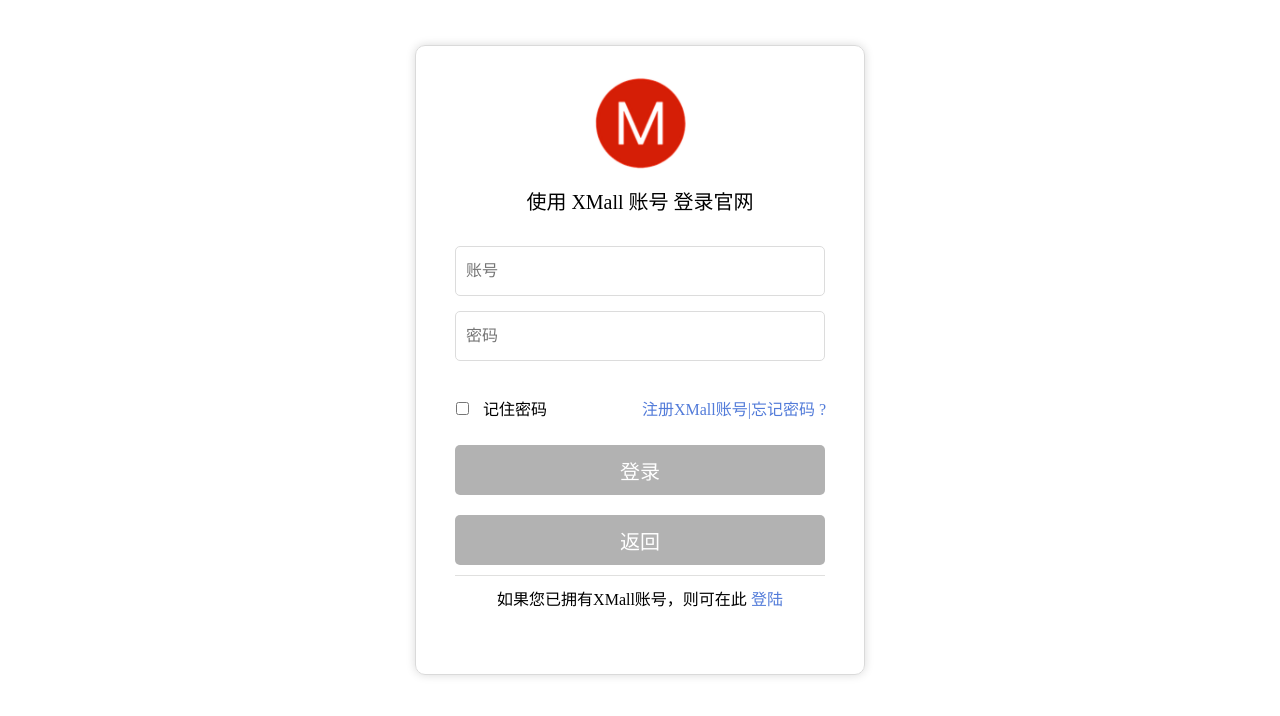
Repository: dingqihui1997/xmall-demo
Page: /signin
These files come from the project's save history. The page is drawn as it stood at one moment and after the next save; the edit follows.
The browser window is 1280 px wide. The pictures show the whole page.
The project was rebuilt for these pictures with package versions that can differ from the ones it lists, and the page was loaded fresh each time. Also part of the build but not shown: vue.config.js, src/views/Home.vue.

Above is the page before, as saved 2021-06-29 17:58:02.

After the next save:
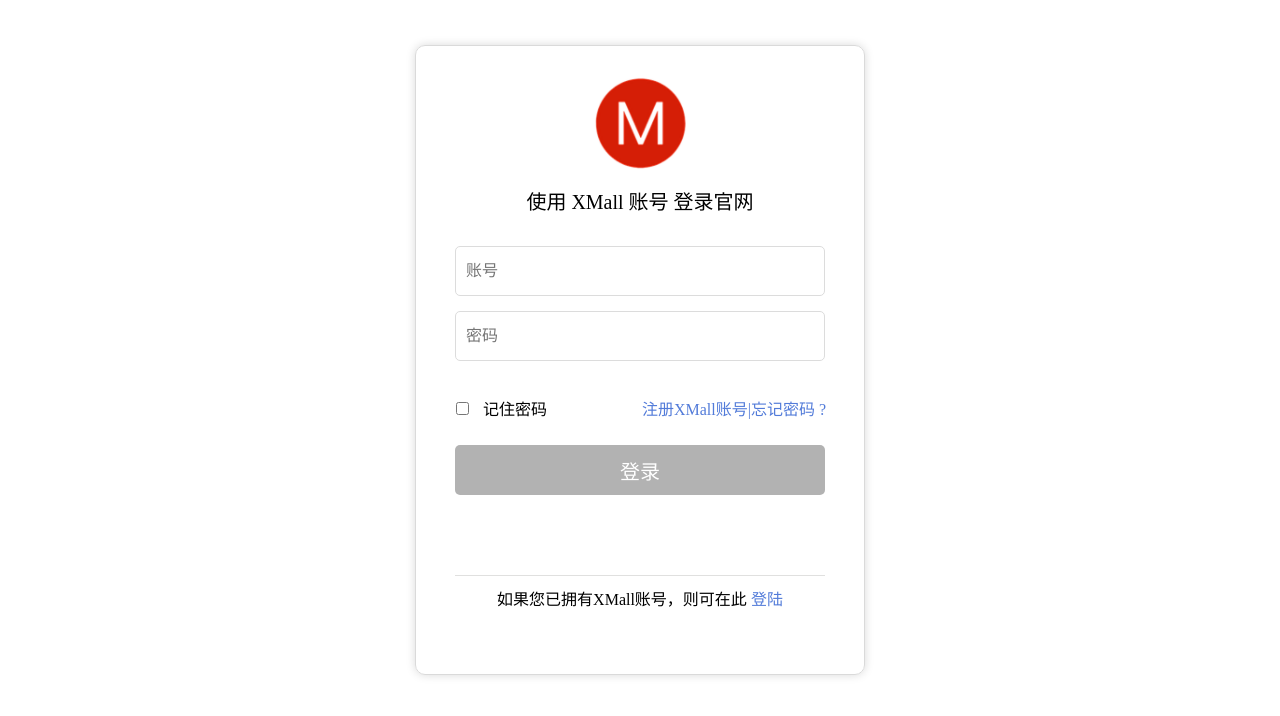
Saved 39 s later.
--- a/src/components/signin/Signin.vue
+++ b/src/components/signin/Signin.vue
@@ -35,15 +35,9 @@
           登录
         </button>
       </div>
-      <div class="flex-ja bott">
+      <div class="flex-ja">
         <!-- 动态绑定属性，最先是true禁用状态 -->
-        <button
-          :disabled="flag"
-          :class="{ back: flag === false }"
-          @click="goto"
-        >
-          返回
-        </button>
+        <button :disabled="flag" class="bott" @click="goto">返回</button>
       </div>
       <div class="flex-ja">
         <div class="bottom flex-ja">
